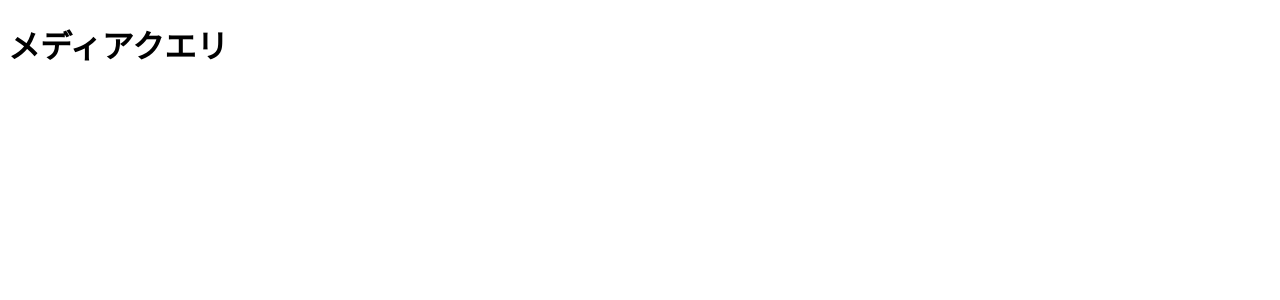
Repository: IkutoHiroki/samurai_HTML_CSS
Page: PC_SP_Sample.html
The author's editor kept a record of every edit. The page is drawn from the files as they stood at one moment, then again after the next edit.
The browser window is 1280 px wide. The pictures show the whole page.

Above is the page before.

### PC_SP_Sample.html
<!DOCTYPE html>
<html lang="ja">
<head>
    <meta charset="UTF-8">
    <meta name="viewport" content="width=device-width, initial-scale=1">
    <title>レスポンシブデザイン</title>

    <style>



    </style>
</head>
<body>

    <div class="media">
        <h1>メディアクエリ</h1>
    </div>
</body>
</html>

After the next edit:
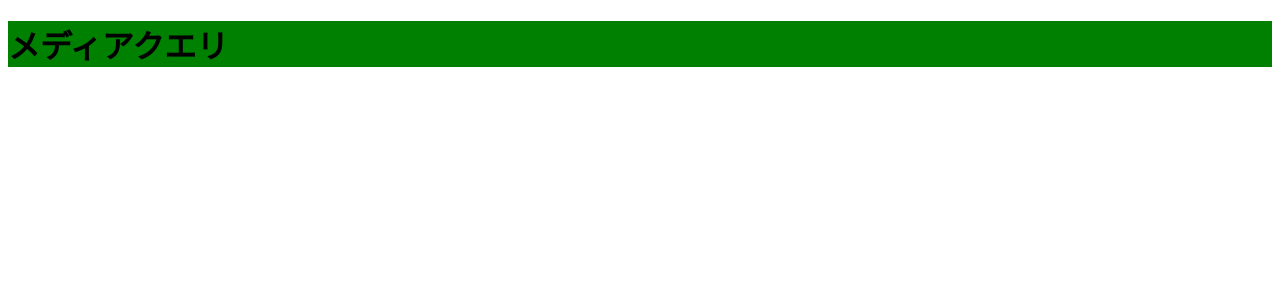
The edit:
--- a/PC_SP_Sample.html
+++ b/PC_SP_Sample.html
@@ -6,7 +6,21 @@
     <title>レスポンシブデザイン</title>
 
     <style>
+        .media{
+            background-color:blue;
+        }
 
+        @media screen and (min-width:480px) {
+            .media{
+            background-color:red;
+            }
+        }
+
+        @media screen and (min-width:640px) {
+            .media{
+                background-color:green;
+            }
+        }
 
 
     </style>
